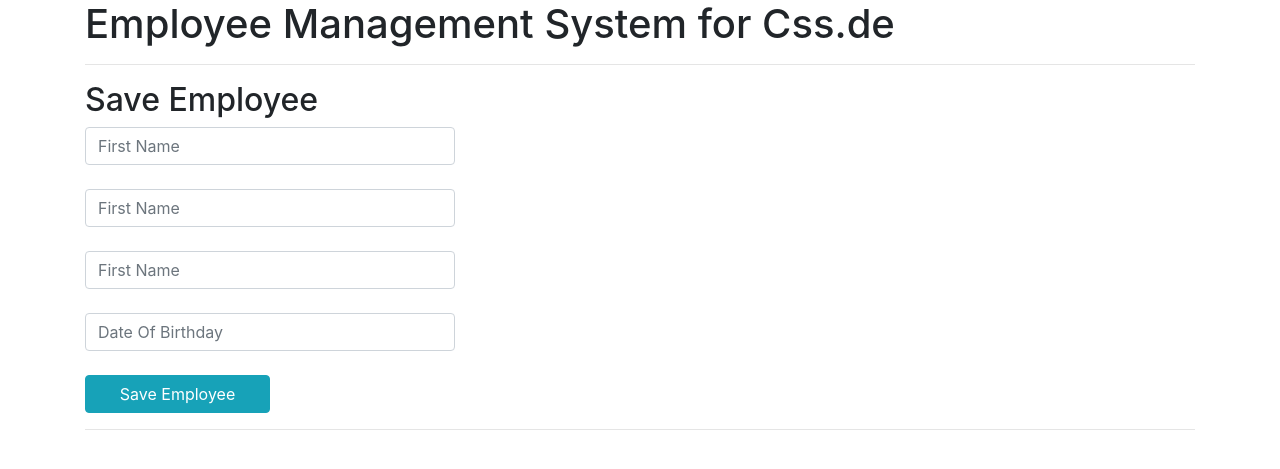
Repository: Len2/Topic4
Page: src/main/resources/templates/newIdCard.html
An editor plug-in stored every save of this project. The page is shown before and after a run of saves, followed by the edit.
The browser window is 1280 px wide. The pictures show the whole page.

Above is the page before, as saved 2020-09-06 17:15:12.

### src/main/resources/templates/newIdCard.html
<!DOCTYPE html>
<html lang="en" xmlns:th="http://www.thymeleaf.org">
<head>
<meta charset="ISO-8859-1">
<title>Employee Management System for Css.de</title>
<link rel="stylesheet"
	href="https://stackpath.bootstrapcdn.com/bootstrap/4.1.3/css/bootstrap.min.css"
	integrity="sha384-MCw98/SFnGE8fJT3GXwEOngsV7Zt27NXFoaoApmYm81iuXoPkFOJwJ8ERdknLPMO"
	crossorigin="anonymous">
</head>
<body>
	<div class="container">
		<h1>Employee Management System for Css.de</h1>
		<hr>
		<h2>Save Employee</h2>

		<form action="#" th:action="@{/saveIdCard}" th:object="${identity_card}"
            method="POST">

            <!-- <input type="text" th:field="*{id}" /> -->
			<input type="text" th:field="*{firstName}"
            placeholder="First Name" class="form-control mb-4 col-4">

            <input type="text" th:field="*{lastName}"
            placeholder="First Name" class="form-control mb-4 col-4">

            <input type="text" th:field="*{placeOfBirthday}"
            placeholder="First Name" class="form-control mb-4 col-4">

            <input type="text" th:field="*{dateOfBirthday}"
            placeholder="Date Of Birthday" class="form-control mb-4 col-4">

				<button type="submit" class="btn btn-info col-2"> Save Employee</button>
		</form>

		<hr>

		<!-- <a th:href = "@{/}"> Back to Employee List</a> -->
	</div>
</body>
</html>

After the next 3 saves:
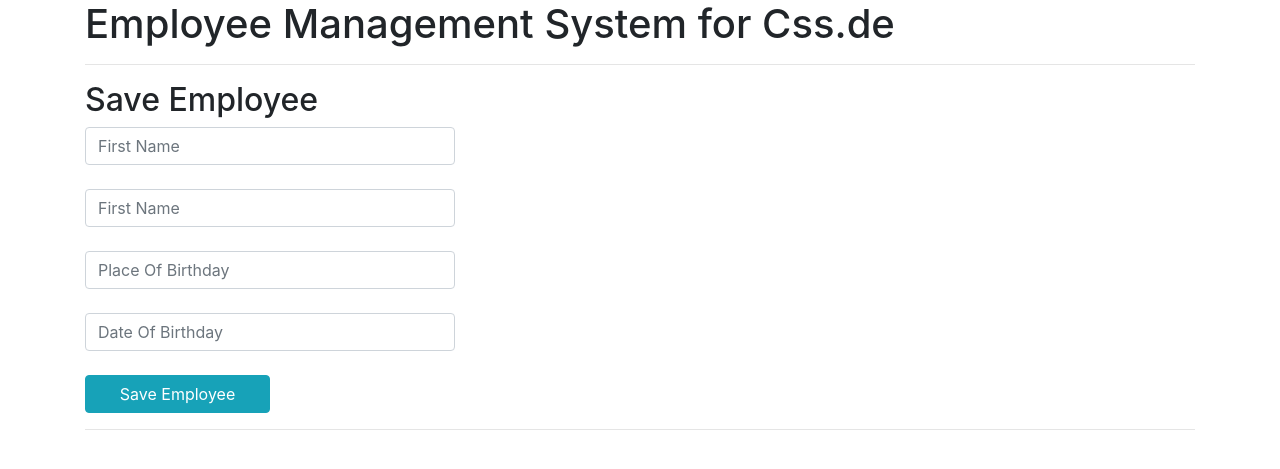
The 3 saves are shown as one change because they came seconds apart.
The last was saved 13 s later.
--- a/src/main/resources/templates/newIdCard.html
+++ b/src/main/resources/templates/newIdCard.html
@@ -25,7 +25,7 @@
             placeholder="First Name" class="form-control mb-4 col-4">
 
             <input type="text" th:field="*{placeOfBirthday}"
-            placeholder="First Name" class="form-control mb-4 col-4">
+            placeholder="Place Of Birthday" class="form-control mb-4 col-4">
 
             <input type="text" th:field="*{dateOfBirthday}"
             placeholder="Date Of Birthday" class="form-control mb-4 col-4">
